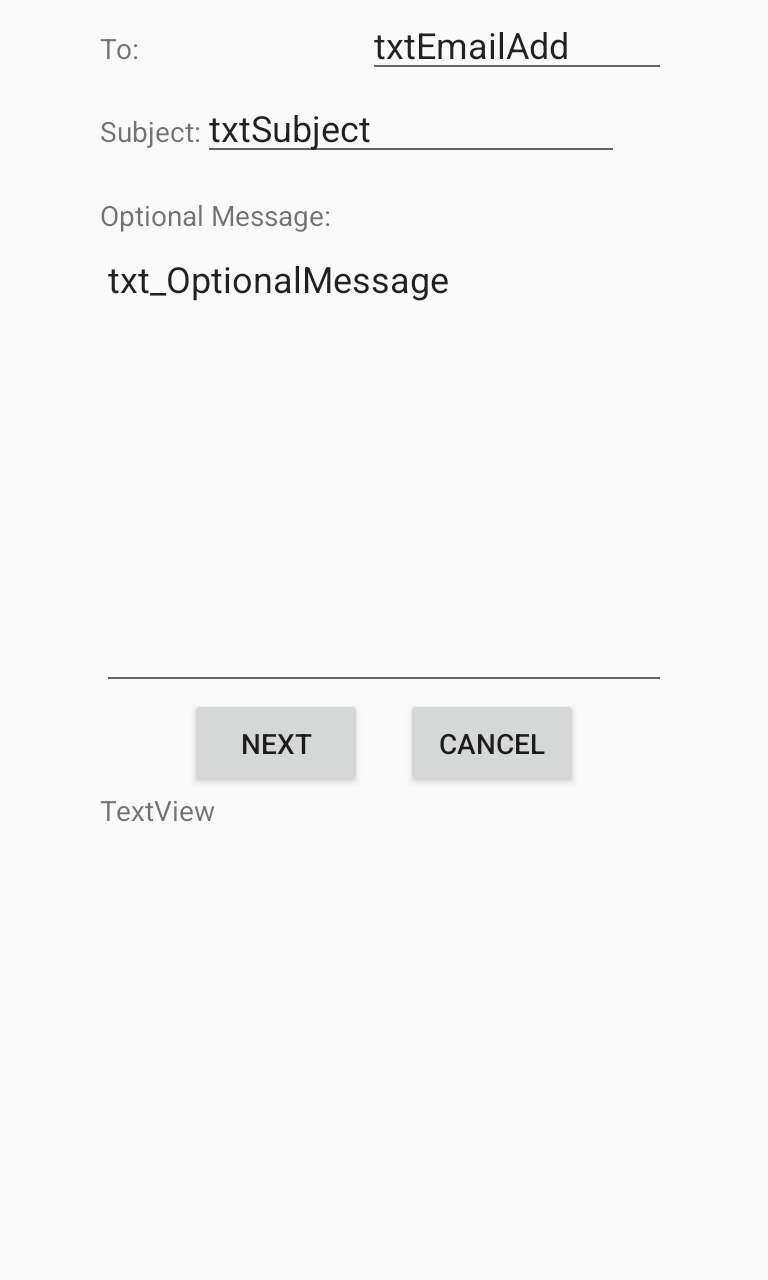
Repository: TeamZhao/Assignment-Tracker
Layout: AssignmentTracker/res/layout/activity_get_email_info.xml
An editor plug-in stored every save of this project. The layout is shown before and after the next save, followed by the edit.
It is drawn on a 768 x 1280 px phone screen (xhdpi) without system bars, with theme AppTheme; the app's code is not run.

Above is the layout before, as saved 2014-12-01 02:56:25.

After the next save:
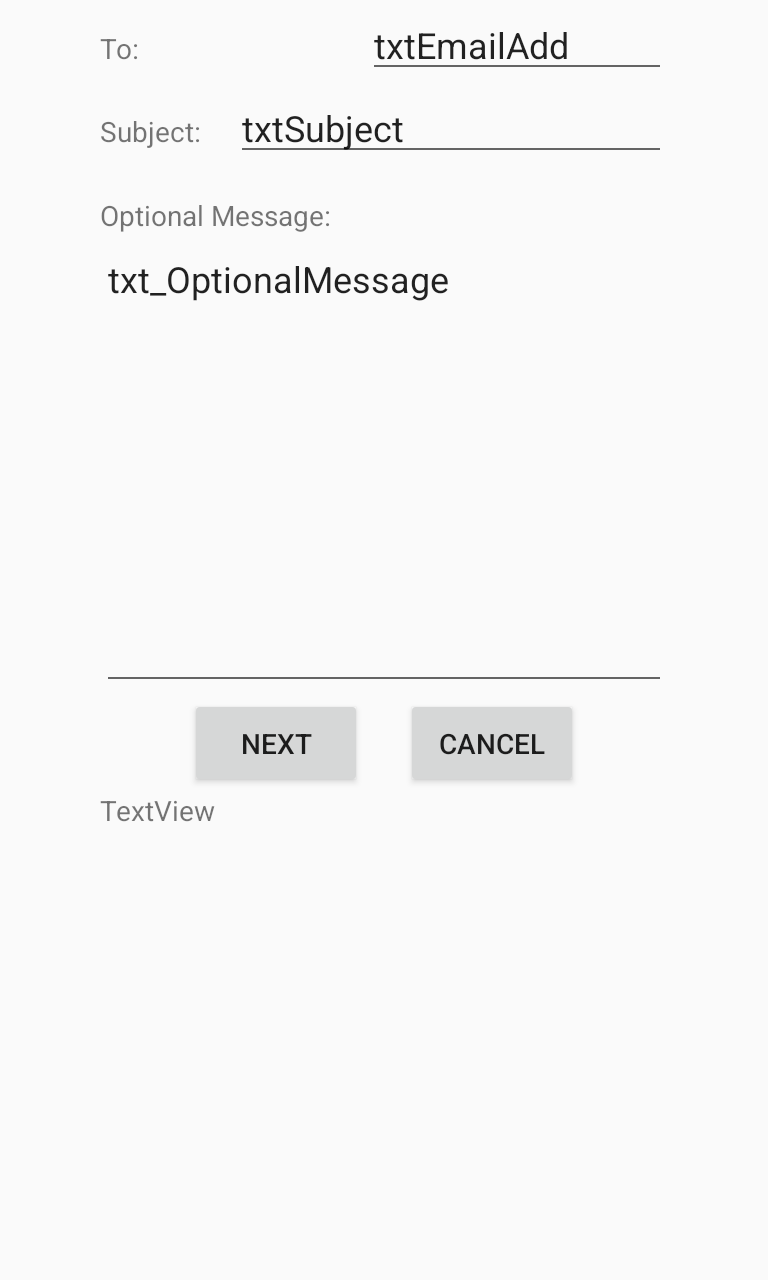
Saved 20 s later.
--- a/AssignmentTracker/res/layout/activity_get_email_info.xml
+++ b/AssignmentTracker/res/layout/activity_get_email_info.xml
@@ -36,7 +36,8 @@
             android:id="@+id/textView3"
             android:layout_width="wrap_content"
             android:layout_height="wrap_content"
-            android:text="@string/subject" />
+            android:text="@string/subject"
+            android:layout_weight="1"/>
 
         <EditText
             android:id="@+id/txtSubject"
@@ -44,7 +45,8 @@
             android:layout_height="wrap_content"
             android:ems="10"
             android:enabled="true"
-            android:text="txtSubject" />
+            android:text="txtSubject"
+            android:layout_weight="0.4" />
 
     </LinearLayout>
 
